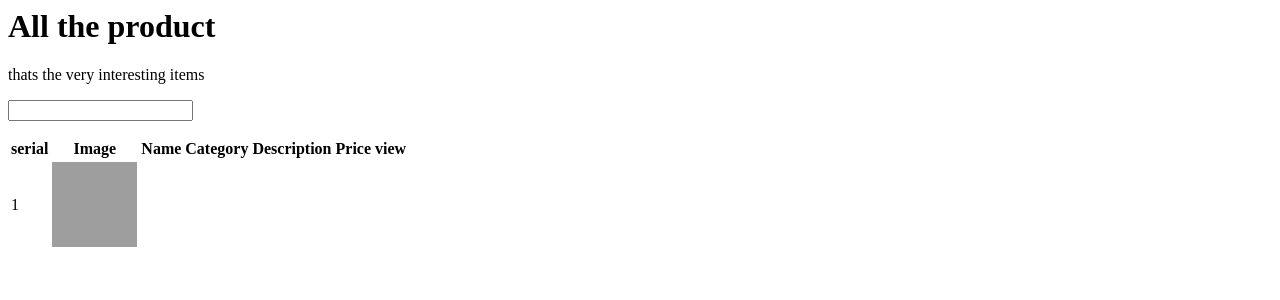
Repository: sanjeevkdp/workspace
Page: http://localhost/WebProject/WEB-INF/views/product.jsp
An editor plug-in stored every save of this project. The page is shown before and after the next save, followed by the edit.
The browser window is 1280 px wide. The pictures show the whole page.
Pictures or frames that could not be fetched are drawn as grey boxes. The page is served by Tomcat 9. Nobody is signed in. The template is opened directly, without the code that normally fills it, so the values that code supplies are empty.

Above is the page before, as saved 2016-08-20 06:51:59.

After the next save:
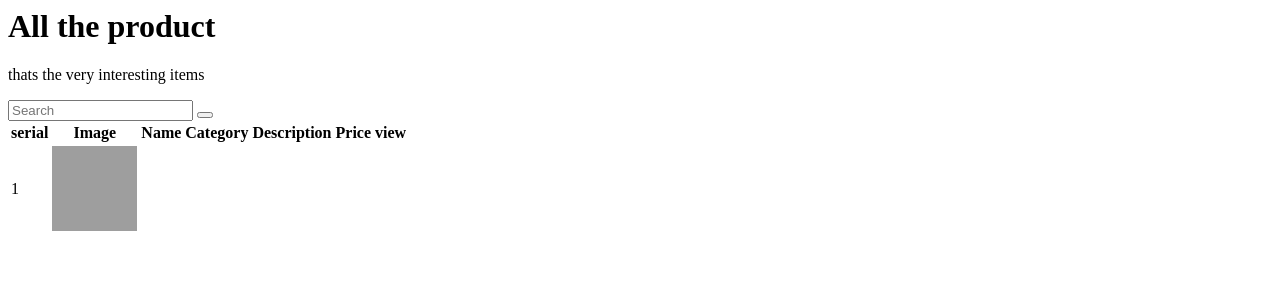
Saved 2 min 27 s later.
--- a/workspace/org.eclipse.wst.server.core/tmp0/wtpwebapps/WebProjectFrontEnd/META-INF/maven/com.niit/WebProject/src/main/webapp/WEB-INF/views/product.jsp
+++ b/workspace/org.eclipse.wst.server.core/tmp0/wtpwebapps/WebProjectFrontEnd/META-INF/maven/com.niit/WebProject/src/main/webapp/WEB-INF/views/product.jsp
@@ -11,9 +11,16 @@
 			%>
 			<h1>All the product</h1>
 			<p class="lead">thats the very interesting items</p>
-			<form>
-              <input type="search" name="search"><a class="btn btn-primary"></a>
-               </form>
+			<div id="custom-search-input">
+                            <div class="input-group col-md-12">
+                                <input type="text" class="  search-query form-control" placeholder="Search" />
+                                <span class="input-group-btn">
+                                    <button class="btn btn-danger" type="button">
+                                        <span class=" glyphicon glyphicon-search"></span>
+                                    </button>
+                                </span>
+                            </div>
+                        </div>
 
 
 			<table class="table table-striped table-hover">
